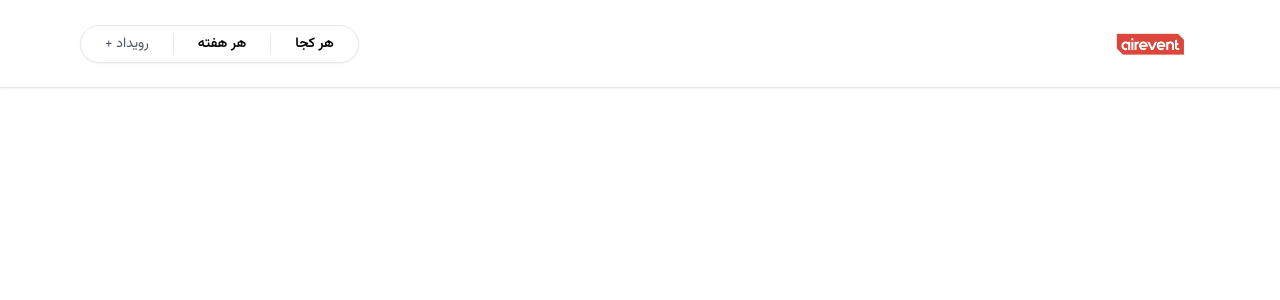
Repository: soroush-g/Eight
Page: /
An editor plug-in stored every save of this project. The page is shown before and after a run of saves, followed by the edit.
The browser window is 1280 px wide. The pictures show the whole page.
The project was rebuilt for these pictures with package versions that can differ from the ones it lists, and the page was loaded fresh each time. The framework's server and built-in components were replaced by stand-ins that run in the browser. Also part of the build but not shown: next.config.mjs.

Above is the page before, as saved 2024-07-14 20:47:35.

### app/layout.tsx
import type { Metadata } from "next";
import { Vazirmatn } from "next/font/google";
import "./globals.css";
import Navbar from "./components/navbar/Navbar";

const vazir = Vazirmatn({ subsets: ['arabic'] });

export const metadata: Metadata = {
  title: "AIREVENT",
  description: "Covering events in all parts of the world",
};

export default function RootLayout({
  children,
}: Readonly<{
  children: React.ReactNode;
}>) {
  return (
    <html dir='rtl' lang="fa-Ir">
      <body className={vazir.className}>
        <Navbar />
        {children}
      </body>
    </html>
  );
}

### app/page.tsx

export default function Home() {
  return (
     <div className="text-yellow-700 text-2xl">بزرگترین رویدادهای کشور</div>
  )
}

### app/components/navbar/Navbar.tsx
import Container from "../Container";
import Logo from "./Logo";
import Search from "./Search";

const Navbar = () => {
    return (
        <div className="fixed w-full bg-white z-8 shadow-sm">
            <div className="py-2 border-b-[1px]">
              <Container>
                <div className="flex flex-row items-center justify-between gap-3 md:gap-0">
                 <Logo />
                 <Search />
                </div>
              </Container>
            </div>
        </div>
     );
}

export default Navbar;

### app/components/Container.tsx
'use client'

interface ContainerProps {
    children: React.ReactNode;
}

const Container: React.FC<ContainerProps> = ({children}) => {
    return (
        <div className="max-w-[2520px] mx-auto xl:px-20 md:px-10 sm:px-2 px-4">{children}</div>
     );
}

export default Container;

### app/components/navbar/Logo.tsx
'use client'

import Image from "next/image"
import { useRouter } from "next/navigation"

const Logo = () => {
    const router = useRouter();

    return(
        <Image alt="لوگو" className="hidden md:block cursor-pointer" height="100" width="100" src="/images/aireve.png" />
    )
}

export default Logo;

### app/components/navbar/Search.tsx
'use client';

import { BiSearch } from 'react-icons/bi'

const Search = () => {
    return (
        <div className="border-[1px] w-full md:w-auto py-2 rounded-full shadow-sm hover:shadow-md transition cursor-pointer">
            <div className="flex flex-row items-center justify-between">
              <div className="text-sm font-semibold px-6">
               هر کجا
              </div>
              <div className="hidden sm:block text-sm font-semibold px-6 border-x-[1px] flex-1 text-center">
                هر هفته
              </div>
              <div className="text-sm pl-6 pr-6 text-gray-600 flex flex-row items-center gap-3">
                <div className="hidden sm:block">
                  رویداد +
                </div>
              </div>
            </div>
        </div>
     );
}

export default Search;

Loaded but not shown: app/globals.css (common file); tailwind.config.ts (common file)

After the next 4 saves:
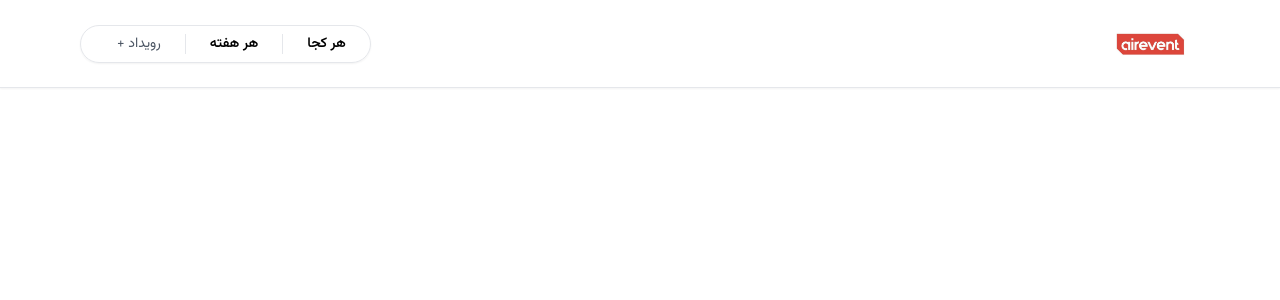
The 4 saves are shown as one change because they came seconds apart.
The last was saved 35 s later.
--- a/app/components/navbar/Search.tsx
+++ b/app/components/navbar/Search.tsx
@@ -16,6 +16,9 @@
                 <div className="hidden sm:block">
                   رویداد +
                 </div>
+                <div className=''>
+
+                </div>
               </div>
             </div>
         </div>
